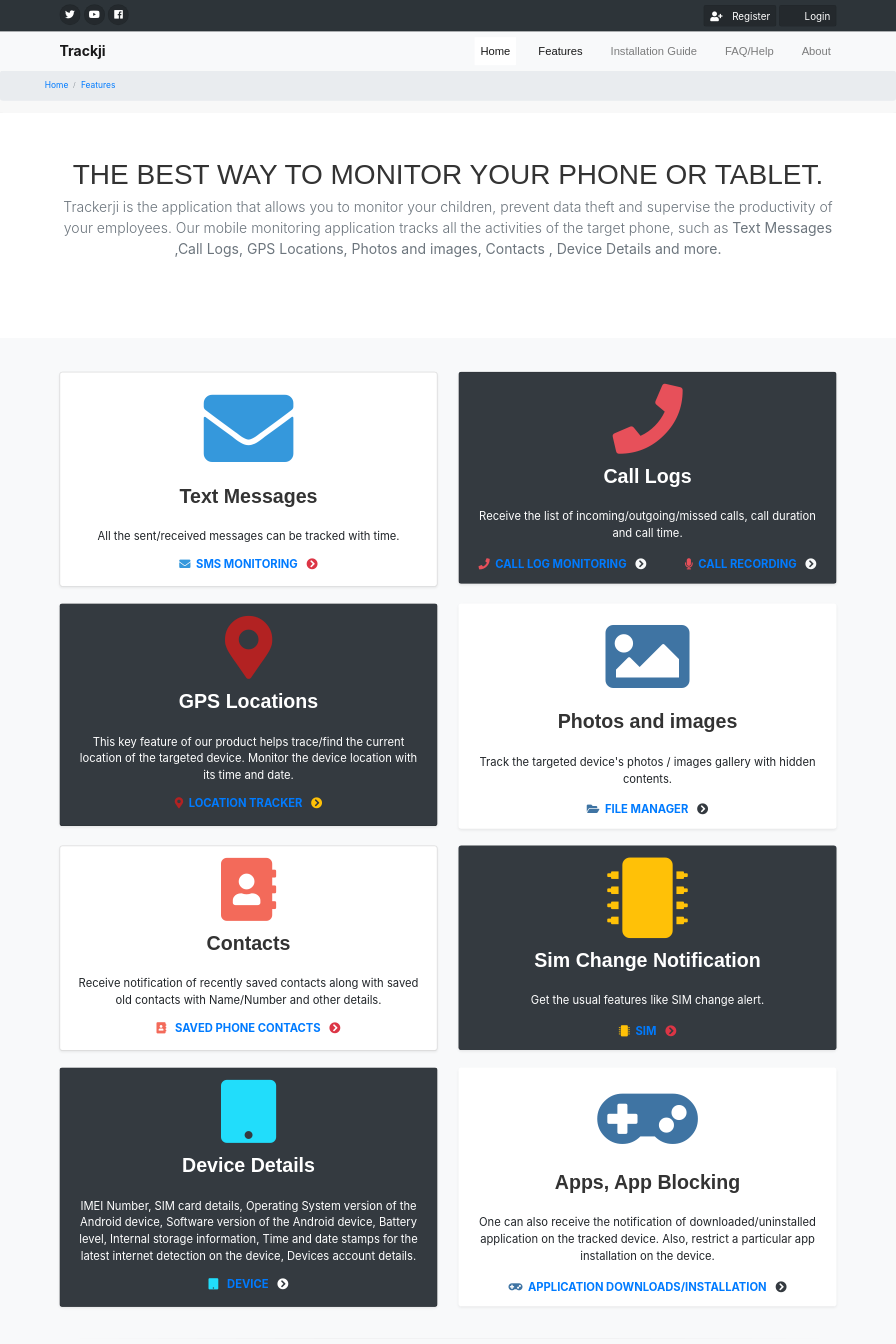
Repository: prathmeshgodbole/Web_Development
Page: Mobile_tracker/Features.html
An editor plug-in stored every save of this project. The page is shown before and after the next save, followed by the edit.
The browser window is 1280 px wide. The pictures show the part of the page from y = 0 to 1920 px (the page is 2699 px tall), at 70% of full size.
Some web fonts or font styles are not loaded; a fallback is used. Some web libraries are served in a nearby version.

Above is the page before, as saved 2020-03-11 17:05:55.

After the next save:
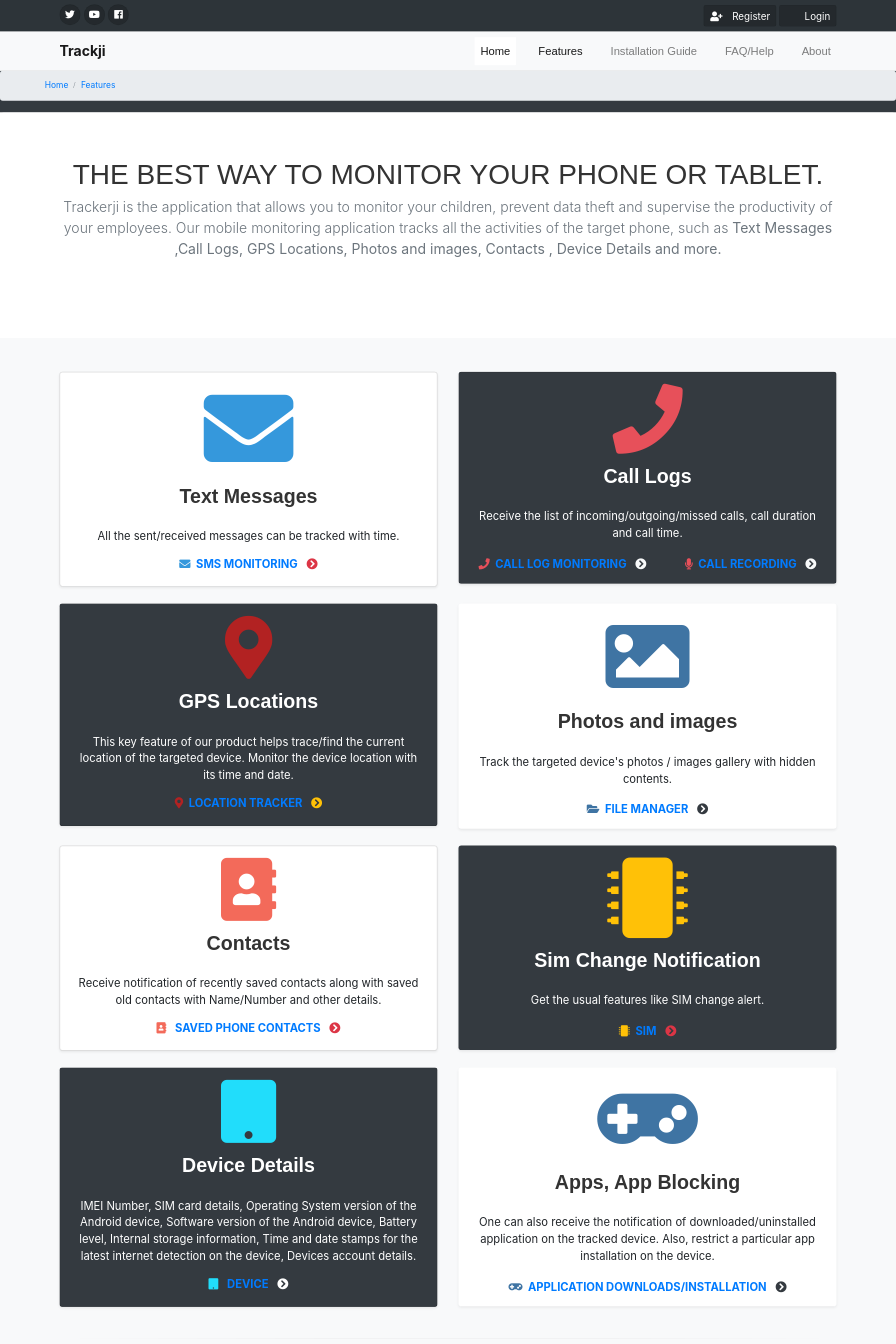
Saved 35 s later.
--- a/Mobile_tracker/Features.html
+++ b/Mobile_tracker/Features.html
@@ -103,7 +103,7 @@
 
     <!-- Breadcrumb -->
 
-    <div class="breadcrumb-container" style="margin-bottom: 0px !important;">
+    <div class="breadcrumb-container bg-dark" style="margin-bottom: 0px !important;">
         <nav aria-label="breadcrumb">
             <ol class="breadcrumb ">
                 <li class="breadcrumb-item ml-5"><i class=""></i><a href="index.html">Home</a></li>
